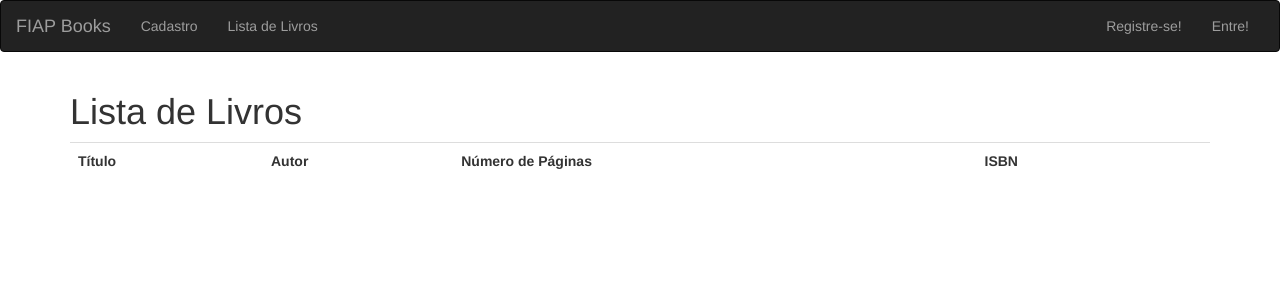
Repository: djoysilva/1TDSF-Web
Page: http://localhost/08-Livro/livroServlet
These files come from the project's save history. The page is drawn as it stood at one moment and after the next save; the edit follows.
The browser window is 1280 px wide. The pictures show the whole page.
The page is served by Tomcat 9.

Above is the page before, as saved 2016-09-22 11:18:36.

After the next save:
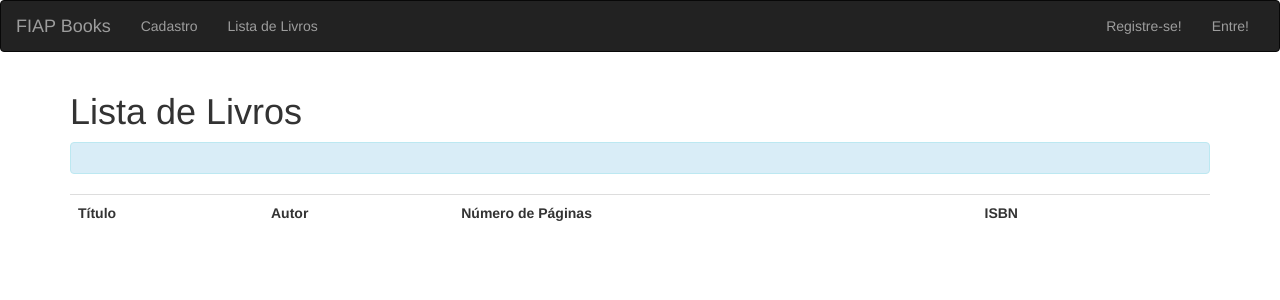
Saved 3 min 3 s later.
--- a/08-Livro/WebContent/lista-livro.jsp
+++ b/08-Livro/WebContent/lista-livro.jsp
@@ -13,6 +13,11 @@
 <%@ include file="navbar.jsp" %>
 <div class="container">
 	<h1>Lista de Livros</h1>
+
+	<div class="alert alert-info">
+		${mensagem}
+	</div>
+
 	<table class="table">
 		<tr>
 			<th>Título</th>
